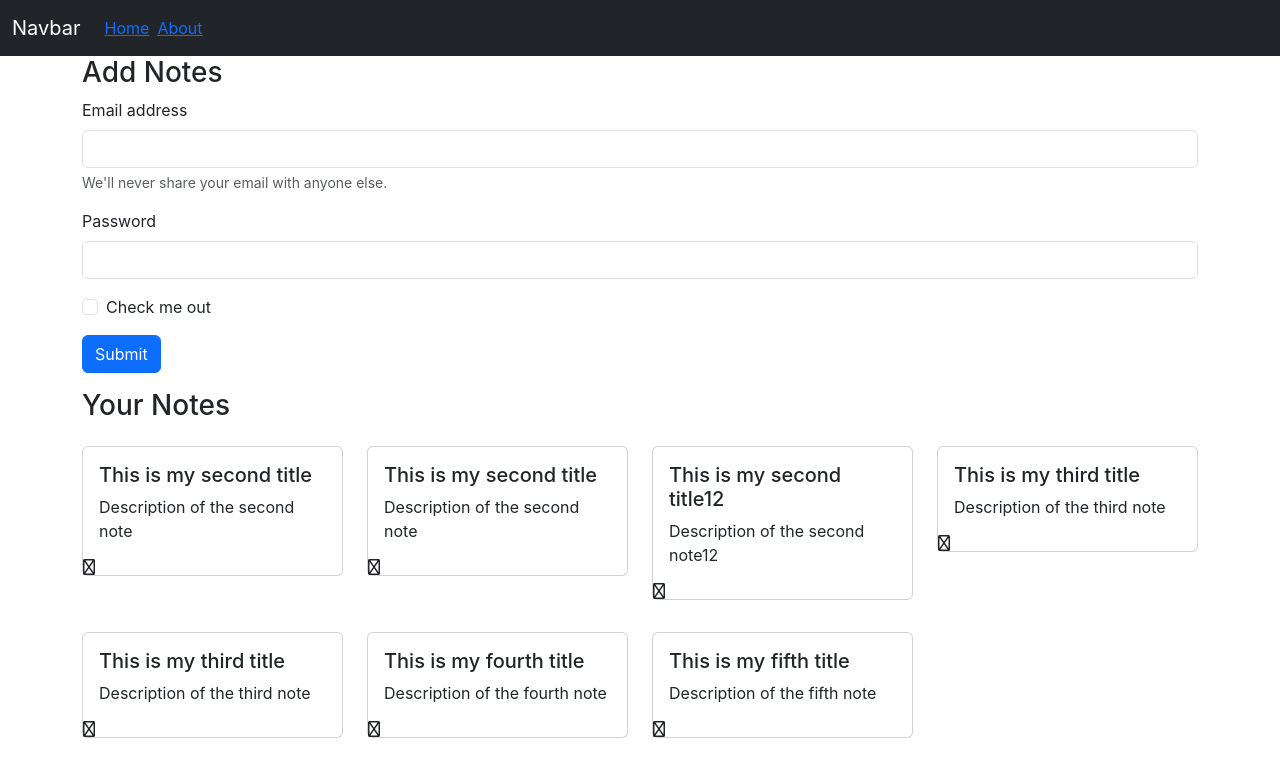
Repository: alphacode77/DailyNotes-react
Page: /
An editor plug-in stored every save of this project. The page is shown before and after the next save, followed by the edit.
The browser window is 1280 px wide. The pictures show the whole page.
Some web libraries are served in a nearby version. The project was rebuilt for these pictures with package versions that can differ from the ones it lists, and the page was loaded fresh each time. Also part of the build but not shown: src/App.css, src/components/About.js.

Above is the page before, as saved 2023-02-28 16:52:07.

After the next save:
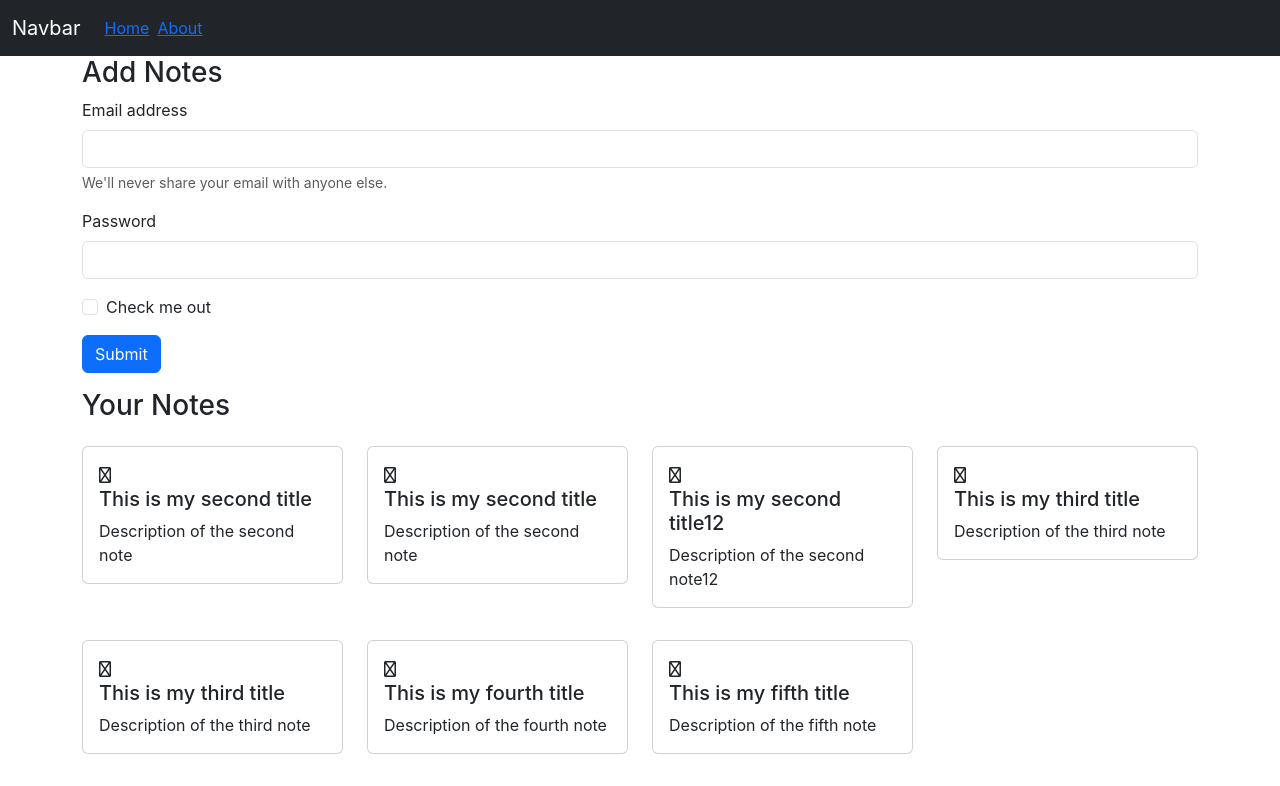
Saved 27 s later.
--- a/src/components/Noteitem.js
+++ b/src/components/Noteitem.js
@@ -8,10 +8,10 @@ const Noteitem = (props) => {
 
         <div className="card my-3">
           <div className="card-body">
+          <i class="fa-regular fa-trash"></i>
             <h5 className="card-title">{note.title}</h5>
             <p className="card-text">{note.description}</p>
           </div>
-          <i class="fa-regular fa-trash"></i>
         </div>
       </div>
 
